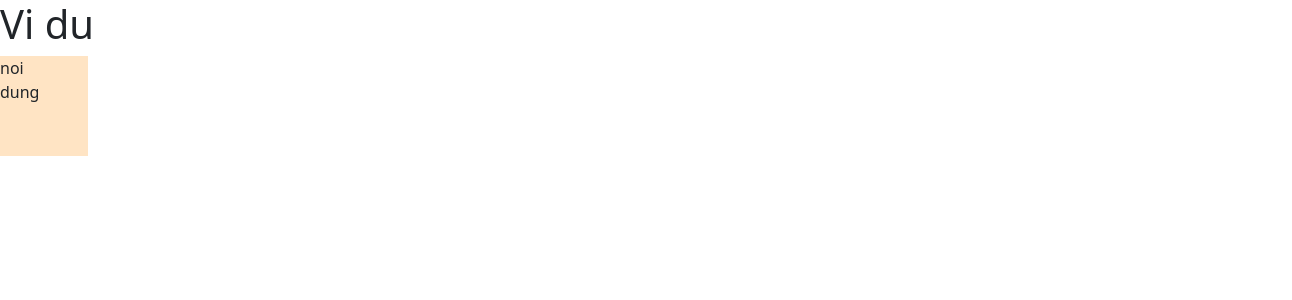
Repository: thanhp6868/ltWeb
Page: 0410/1/1.html
These files come from the project's save history. The page is drawn as it stood at one moment and after the next save; the edit follows.
The browser window is 1280 px wide. The page is 1292 px wide, so the pictures cover 1292 px, including what lies to the right of the window. The pictures show the whole page.

Above is the page before, as saved 2023-10-04 13:54:19.

After the next save:
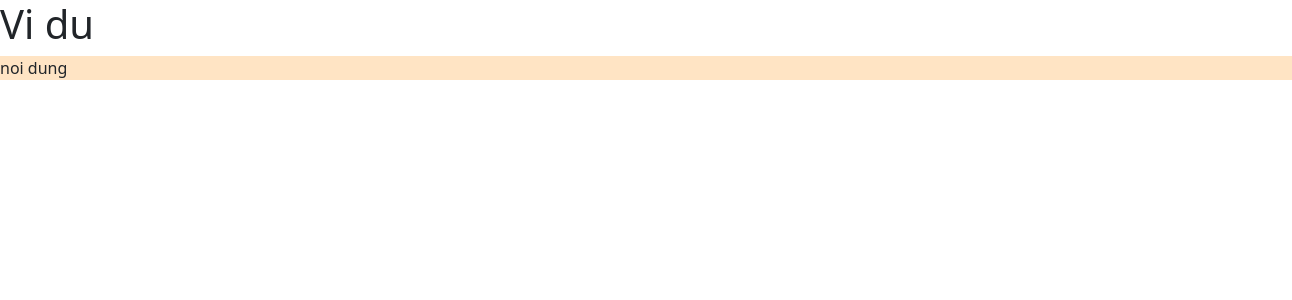
Saved 21 s later.
--- a/0410/1/style1.css
+++ b/0410/1/style1.css
@@ -1,6 +1,5 @@
 #vidu_transition{
-    height: 100px;
-    width: 100px;
+
     background-color: bisque;
     transition: 0.5s;
 

After the save that followed:
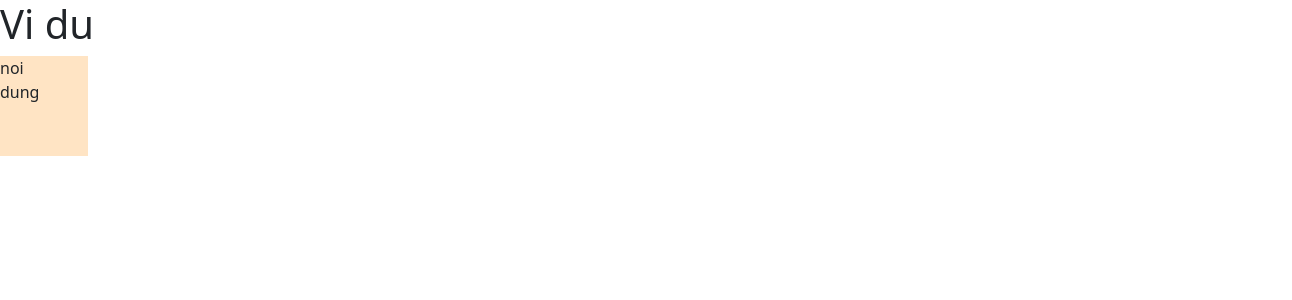
Saved 23 s later.
--- a/0410/1/style1.css
+++ b/0410/1/style1.css
@@ -1,5 +1,6 @@
 #vidu_transition{
-
+    height: 100px;
+    width: 100px;
     background-color: bisque;
     transition: 0.5s;
 
